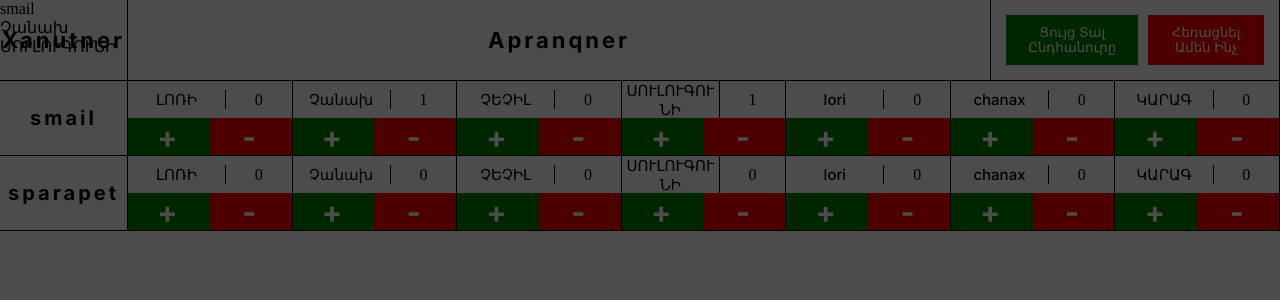
Repository: AbApin/amasia
Page: /
The author's editor kept a copy of each file at every save. The page is drawn from the files as they stood at one save, then again after a run of saves.
The browser window is 1280 px wide. The pictures show the whole page.
The project was rebuilt for these pictures with package versions that can differ from the ones it lists, and the page was loaded fresh each time. Also part of the build but not shown: vue.config.js.

Above is the page before, as saved 2023-01-28 16:58:20.

### public/index.html
<!DOCTYPE html>
<html lang="">
  <head>
    <meta charset="utf-8" />
    <meta http-equiv="X-UA-Compatible" content="IE=edge" />
    <meta name="viewport" content="width=device-width,initial-scale=1.0" />
    <link rel="icon" href="<%= BASE_URL %>favicon.ico" />
    <title><%= htmlWebpackPlugin.options.title %></title>
    <link
      href="https://fonts.googleapis.com/css?family=Inter:100,200,300,regular,500,600,700,800,900"
      rel="stylesheet"
    />
  </head>
  <body>
    <noscript>
      <strong
        >We're sorry but <%= htmlWebpackPlugin.options.title %> doesn't work properly without
        JavaScript enabled. Please enable it to continue.</strong
      >
    </noscript>
    <div id="app"></div>
    <!-- built files will be auto injected -->
  </body>
</html>

### src/App.vue
<template>
  <div id="app">
    <div class="header">
      <h2 class="xanutnerTitle">Xanutner</h2>
      <h2 class="apranqnerTitle">Apranqner</h2>
      <div class="cuycTal">
        <button class="cuycTalBtn">ցույց տալ ընդհանուրը</button>
        <button class="heracnelBtn">հեռացնել ամեն ինչ</button>
      </div>
      <div class="endhanurQanak">
        <div class="container">
          <ul class="endhanurQanakiList">
            <li
              v-for="xanutiAnun in Object.keys(ZAKAZNER)"
              :key="xanutiAnun"
              class="endhanurQanakiListItem"
            >
              <p>{{ xanutiAnun }}</p>
              <ul class="endhanurApranqneriList">
                <li
                  v-for="endhanurApranq in ZAKAZNER[xanutiAnun]"
                  :key="endhanurApranq.anun"
                  class="endhanurApranqneriListItem"
                >
                  <p class="endhanurApranqneriListItemAnun">{{ endhanurApranq.anun }}</p>
                  <p class="endhanurApranqneriListItemQanak">{{  }}</p>
                </li>
              </ul>
            </li>
          </ul>
        </div>
      </div>
    </div>
    <div class="content">
      <ul class="contentList">
        <li v-for="xanutiAnun in Object.keys(XANUTNER)" :key="xanutiAnun" class="contentItem">
          <p class="xanutiAnun">{{ xanutiAnun }}</p>
          <ul class="apranqneriList">
            <li
              v-for="(apranq, apranqiHamar) in XANUTNER[xanutiAnun]"
              :key="apranqiHamar"
              class="apranqneriListItem"
            >
              <div class="apranqiText">
                <p class="apranqiAnun">{{ apranq.anun }}</p>
                <p class="apranqiQanak">{{ apranq.qanak }}</p>
              </div>
              <div class="apranqiAvelPakas">
                <button class="plus apranqiBtn" @click="AVELACNEL({ xanutiAnun, apranqiHamar })">
                  +
                </button>
                <button class="minus apranqiBtn" @click="PAKASACNEL({ xanutiAnun, apranqiHamar })">
                  -
                </button>
              </div>
            </li>
          </ul>
        </li>
      </ul>
    </div>
  </div>
</template>

<script>
import { mapGetters, mapMutations } from 'vuex';
export default {
  name: 'App',
  components: {},
  data() {
    return {};
  },
  mounted() {
    console.log(this.ZAKAZNER);
  },
  methods: {
    ...mapMutations(['AVELACNEL', 'PAKASACNEL']),
    // avelacnel(obj) {
    //   this.AVELACNEL(obj);
    // },
    // pakasacnel(obj) {
    //   this.PAKASACNEL(obj);
    // },
  },
  computed: {
    ...mapGetters(['XANUTNER', 'ZAKAZNER']),
  },
};
</script>

<style>
*,
*::after,
*::before {
  margin: 0;
  padding: 0;
  box-sizing: border-box;
}
ul {
  list-style: none;
}
#app {
  display: flex;
  flex-direction: column;
  min-height: 100vh;
}
.header {
  display: flex;
  justify-content: space-between;
  width: 100%;
}
.xanutnerTitle {
  width: 10%;
  display: flex;
  align-items: center;
  justify-content: center;
  font-family: 'Inter';
  font-size: 22px;
  font-weight: 700;
  letter-spacing: 3px;
  padding: 20px 30px;
  border: 1px solid #000;
  border-top: 0;
  border-left: 0;
}
.apranqnerTitle {
  width: 75%;
  display: flex;
  align-items: center;
  justify-content: center;
  font-family: 'Inter';
  font-size: 22px;
  font-weight: 700;
  letter-spacing: 3px;
  padding: 20px 30px;
  border: 1px solid #000;
  border-top: 0;
  border-left: 0;
}
.contentList {
  display: flex;
  flex-direction: column;
}
.contentItem {
  display: flex;
  justify-content: space-between;
}
.xanutiAnun {
  display: flex;
  align-items: center;
  justify-content: center;
  width: 10%;
  font-family: 'Inter';
  font-size: 20px;
  font-weight: 700;
  letter-spacing: 3px;
  word-wrap: break-word;
  padding: 20px 30px;
  border: 1px solid #000;
  border-top: 0;
  border-left: 0;
}
.apranqneriList {
  width: 90%;
  display: flex;
  justify-content: space-between;
}
.apranqneriListItem {
  display: flex;
  flex-direction: column;
  flex: 1 1 0;
  border: 1px solid #000;
  border-top: 0;
  border-left: 0;
}
.apranqiText {
  display: flex;
  justify-content: space-between;
  align-items: center;
  height: 50%;
}
.apranqiAnun {
  font-family: 'Inter';
  font-size: 15px;
  font-weight: 500;
  word-wrap: break-word;
  text-align: center;
  width: 60%;
  border-right: 1px solid #000;
}
.apranqiQanak {
  display: flex;
  justify-content: center;
  align-items: center;
  width: 40%;
}
.apranqiAvelPakas {
  display: flex;
  justify-content: space-between;
  width: 100%;
  height: 50%;
}
.apranqiBtn {
  display: inline-flex;
  justify-content: center;
  align-items: center;
  font-family: 'Inter';
  font-size: 30px;
  font-weight: 700;
  letter-spacing: 3px;
  border: none;
  color: #fff;
  width: 50%;
  cursor: pointer;
}
.plus {
  background: green;
}
.minus {
  background: red;
}
.cuycTal {
  width: 25%;
  display: flex;
  align-items: center;
  justify-content: space-between;
  gap: 10px;
  padding: 15px;
  border: 1px solid #000;
  border-left: 0;
  border-top: 0;
}
.heracnelBtn,
.cuycTalBtn {
  display: inline-block;
  padding: 10px;
  border: none;
  color: #fff;
  text-transform: capitalize;
  cursor: pointer;
  transition: all 0.3s linear;
}
.heracnelBtn {
  background: red;
}
.cuycTalBtn {
  background: green;
}

/* endahnur */
.endhanurQanak {
  position: fixed;
  z-index: 999;
  top: 0;
  left: 0;
  width: 100%;
  height: 100%;
  background-color: rgba(0, 0, 0, 0.7);
}
</style>

### src/store/index.js
import Vuex from 'vuex';
import Vue from 'vue';

Vue.use(Vuex);

const store = new Vuex.Store({
  state: {
    xanutner: {
      smail: [
        { anun: 'ԼՈՌԻ', qanak: 0 },
        { anun: 'Չանախ', qanak: 1 },
        { anun: 'ՉԵՉԻԼ', qanak: 0 },
        { anun: 'ՍՈՒԼՈՒԳՈՒՆԻ', qanak: 1 },
        { anun: 'lori', qanak: 0 },
        { anun: 'chanax', qanak: 0 },
        { anun: 'ԿԱՐԱԳ', qanak: 0 },
      ],
      sparapet: [
        { anun: 'ԼՈՌԻ', qanak: 0 },
        { anun: 'Չանախ', qanak: 0 },
        { anun: 'ՉԵՉԻԼ', qanak: 0 },
        { anun: 'ՍՈՒԼՈՒԳՈՒՆԻ', qanak: 0 },
        { anun: 'lori', qanak: 0 },
        { anun: 'chanax', qanak: 0 },
        { anun: 'ԿԱՐԱԳ', qanak: 0 },
      ],
    },
  },
  mutations: {
    AVELACNEL(state, payload) {
      state.xanutner[payload.xanutiAnun][payload.apranqiHamar].qanak += 1;
    },
    PAKASACNEL(state, payload) {
      let qanak = state.xanutner[payload.xanutiAnun][payload.apranqiHamar].qanak;
      console.log(qanak);
      if (qanak >= 1) {
        state.xanutner[payload.xanutiAnun][payload.apranqiHamar].qanak -= 1;
      }
    },
  },
  getters: {
    XANUTNER(state) {
      return state.xanutner;
    },
    ZAKAZNER(state) {
      let zakazner = {};
      Object.keys(state.xanutner).forEach((xanut) => {
        zakazner[xanut] = state.xanutner[xanut].filter(function (el) {
          return el.qanak > 0;
        });
        if (zakazner[xanut].length === 0) {
          delete zakazner[xanut];
        }
      });

      return zakazner;
    },
  },
});

export default store;

Loaded but not shown: src/main.js (common file)

After the next 2 saves:
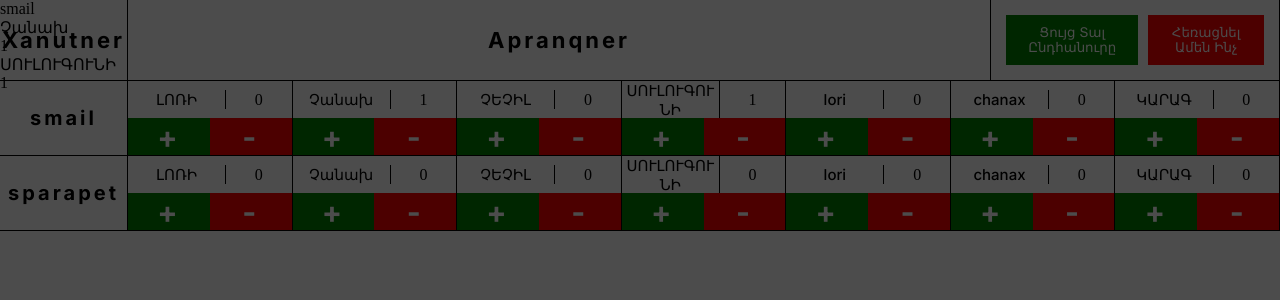
The 2 saves are shown as one change because they came seconds apart.
The last was saved 10 s later.
--- a/src/App.vue
+++ b/src/App.vue
@@ -23,7 +23,7 @@
                   class="endhanurApranqneriListItem"
                 >
                   <p class="endhanurApranqneriListItemAnun">{{ endhanurApranq.anun }}</p>
-                  <p class="endhanurApranqneriListItemQanak">{{  }}</p>
+                  <p class="endhanurApranqneriListItemQanak">{{ endhanurApranq.qanak }}</p>
                 </li>
               </ul>
             </li>
